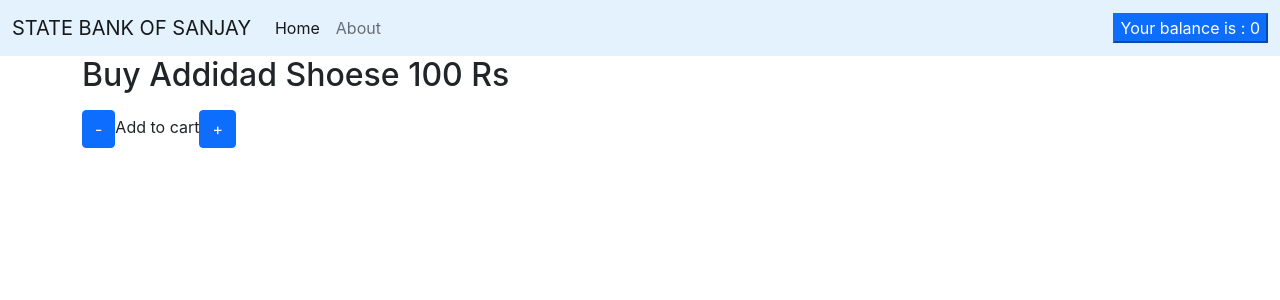
Repository: Sanjayjangra88/online_shop
Page: /products
These files come from the project's save history. The page is drawn as it stood at one moment and after the next save; the edit follows.
The browser window is 1280 px wide. The pictures show the whole page.
The project was rebuilt for these pictures with package versions that can differ from the ones it lists, and the page was loaded fresh each time. Also part of the build but not shown: src/App.css.

Above is the page before, as saved 2022-03-29 13:34:53.

### public/index.html
<!DOCTYPE html>
<html lang="en">
  <head>
    <meta charset="utf-8" />
    <link rel="icon" href="%PUBLIC_URL%/favicon.ico" />
    <meta name="viewport" content="width=device-width, initial-scale=1" />
    <meta name="theme-color" content="#000000" />
    <meta
      name="description"
      content="Web site created using create-react-app"
    />
    <link rel="apple-touch-icon" href="%PUBLIC_URL%/logo192.png" />
    <!--
      manifest.json provides metadata used when your web app is installed on a
      user's mobile device or desktop. See https://developers.google.com/web/fundamentals/web-app-manifest/
    -->
    <link rel="manifest" href="%PUBLIC_URL%/manifest.json" />
    <link href="https://cdn.jsdelivr.net/npm/bootstrap@5.0.2/dist/css/bootstrap.min.css" rel="stylesheet" integrity="sha384-EVSTQN3/azprG1Anm3QDgpJLIm9Nao0Yz1ztcQTwFspd3yD65VohhpuuCOmLASjC" crossorigin="anonymous">
    <!--
      Notice the use of %PUBLIC_URL% in the tags above.
      It will be replaced with the URL of the `public` folder during the build.
      Only files inside the `public` folder can be referenced from the HTML.

      Unlike "/favicon.ico" or "favicon.ico", "%PUBLIC_URL%/favicon.ico" will
      work correctly both with client-side routing and a non-root public URL.
      Learn how to configure a non-root public URL by running `npm run build`.
    -->
    <title>STATE BANK OF SANJAY</title>
  </head>
  <body>
    <noscript>You need to enable JavaScript to run this app.</noscript>
    <div id="root"></div>
    <script src="https://cdn.jsdelivr.net/npm/bootstrap@5.0.2/dist/js/bootstrap.bundle.min.js" integrity="sha384-MrcW6ZMFYlzcLA8Nl+NtUVF0sA7MsXsP1UyJoMp4YLEuNSfAP+JcXn/tWtIaxVXM" crossorigin="anonymous"></script>
    <!--
      This HTML file is a template.
      If you open it directly in the browser, you will see an empty page.

      You can add webfonts, meta tags, or analytics to this file.
      The build step will place the bundled scripts into the <body> tag.

      To begin the development, run `npm start` or `yarn start`.
      To create a production bundle, use `npm run build` or `yarn build`.
    -->

  </body>
</html>

### src/App.js

import './App.css';
import Navbar from './components/Navbar';
import Shop from './components/Shop';

function App() {
  return (
    <>
    <Navbar/>
    <div className="container">

     <Shop/>
    </div>
    </>
  );
}

export default App;

### src/components/Navbar.js
import React from 'react'

const Navbar = () => {
    return (
        <div>
            <nav className="navbar navbar-expand-lg navbar-light" style={{ backgroundColor: "#e3f2fd" }}>
                <div className="container-fluid">
                    <a className="navbar-brand" href="/">STATE BANK OF SANJAY</a>
                    <button className="navbar-toggler" type="button" data-bs-toggle="collapse" data-bs-target="#navbarSupportedContent" aria-controls="navbarSupportedContent" aria-expanded="false" aria-label="Toggle navigation">
                        <span className="navbar-toggler-icon"></span>
                    </button>
                    <div className="collapse navbar-collapse" id="navbarSupportedContent">
                        <ul className="navbar-nav me-auto mb-2 mb-lg-0">
                            <li className="nav-item">
                                <a className="nav-link active" aria-current="page" href="/">Home</a>
                            </li>
                            <li className="nav-item">
                                <a className="nav-link" href="/about">About</a>
                            </li>



                        </ul>
                        <div>
                            <button disabled={true} className="btn-primary">Your balance is : 0</button>
                        </div>
                    </div>
                </div>
            </nav>
        </div>
    )
}

export default Navbar

### src/components/Shop.js
import React from 'react'

const Shop = () => {
  return (
    <div>
        <h2>Buy Addidad Shoese 100 Rs</h2>
      <button className="btn btn-primary my-2">-</button>
       Add to  cart
      <button className="btn btn-primary my-2">+</button>
    </div>
  )
}

export default Shop

Loaded but not shown: src/index.js (common file); src/index.css (common file); src/reportWebVitals.js (common file)

After the next save:
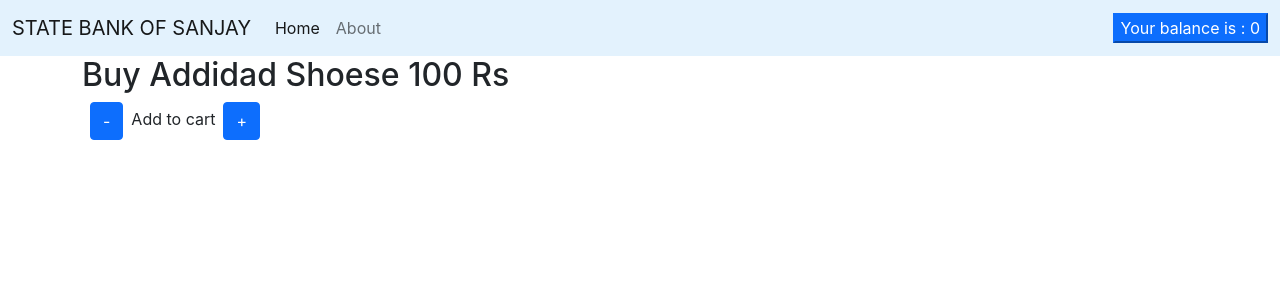
Saved 38 s later.
--- a/src/components/Shop.js
+++ b/src/components/Shop.js
@@ -4,9 +4,9 @@
   return (
     <div>
         <h2>Buy Addidad Shoese 100 Rs</h2>
-      <button className="btn btn-primary my-2">-</button>
+      <button className="btn btn-primary mx-2">-</button>
        Add to  cart
-      <button className="btn btn-primary my-2">+</button>
+      <button className="btn btn-primary mx-2">+</button>
     </div>
   )
 }
